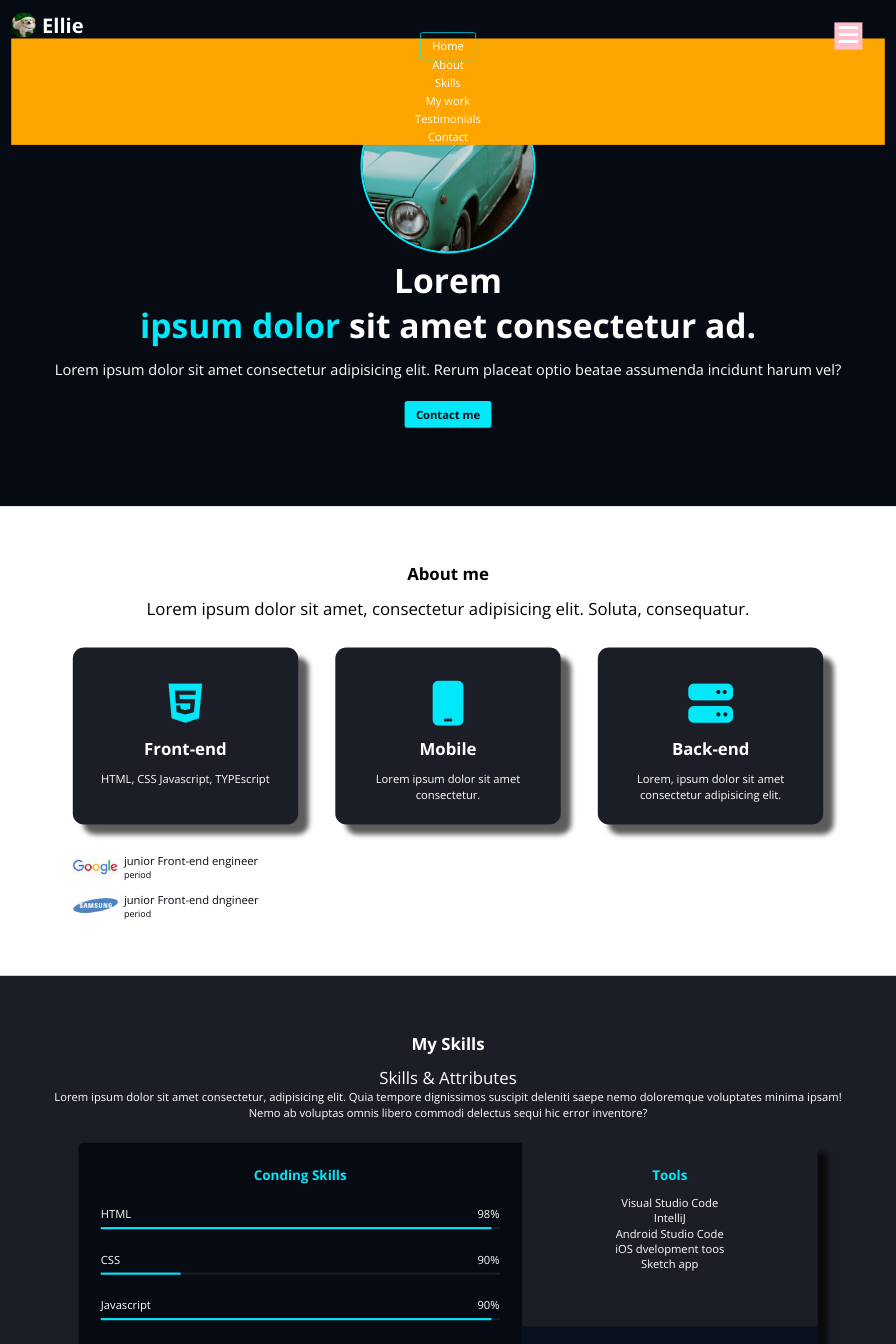
Repository: Arden-Sol/portfolio-website-clone-coding
Page: index.html
An editor plug-in stored every save of this project. The page is shown before and after the next save, followed by the edit.
The browser window is 1280 px wide. The pictures show the part of the page from y = 0 to 1920 px (the page is 4153 px tall), at 70% of full size.
Some web libraries are served in a nearby version.

Above is the page before, as saved 2024-04-04 23:55:59.

After the next save:
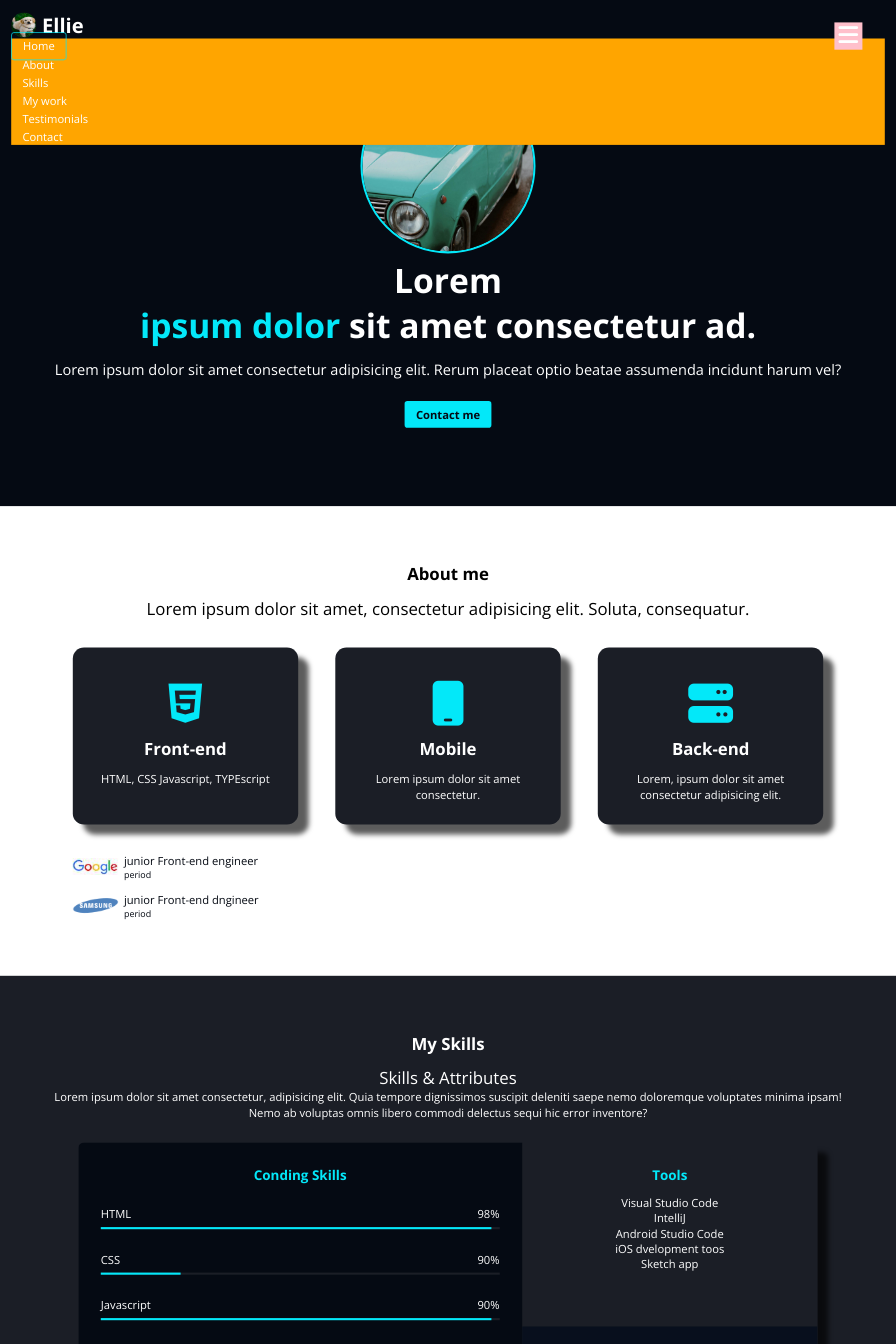
Saved 14 s later.
--- a/css/style.css
+++ b/css/style.css
@@ -141,7 +141,7 @@
     width: 100%;
   }
 
-  .header__menu__item li {
+  .header__menu li {
     width: 100%;
 
   }

After the save that followed:
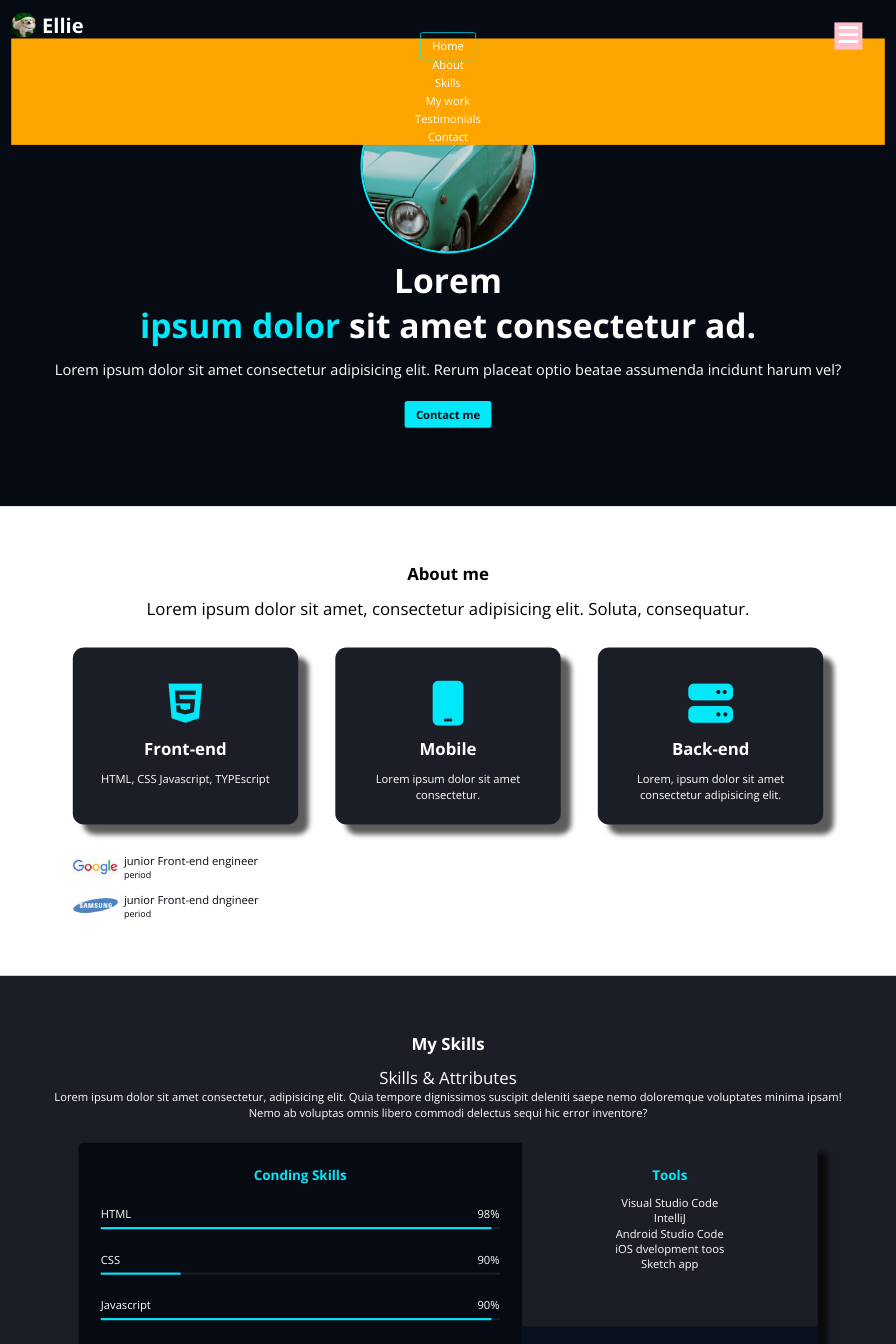
Saved 20 s later.
--- a/css/style.css
+++ b/css/style.css
@@ -138,11 +138,11 @@
     background-color: orange;
     flex-direction: column;
     align-items: center;
-    width: 100%;
+
   }
 
   .header__menu li {
-    width: 100%;
+
 
   }
   .header__bars{
